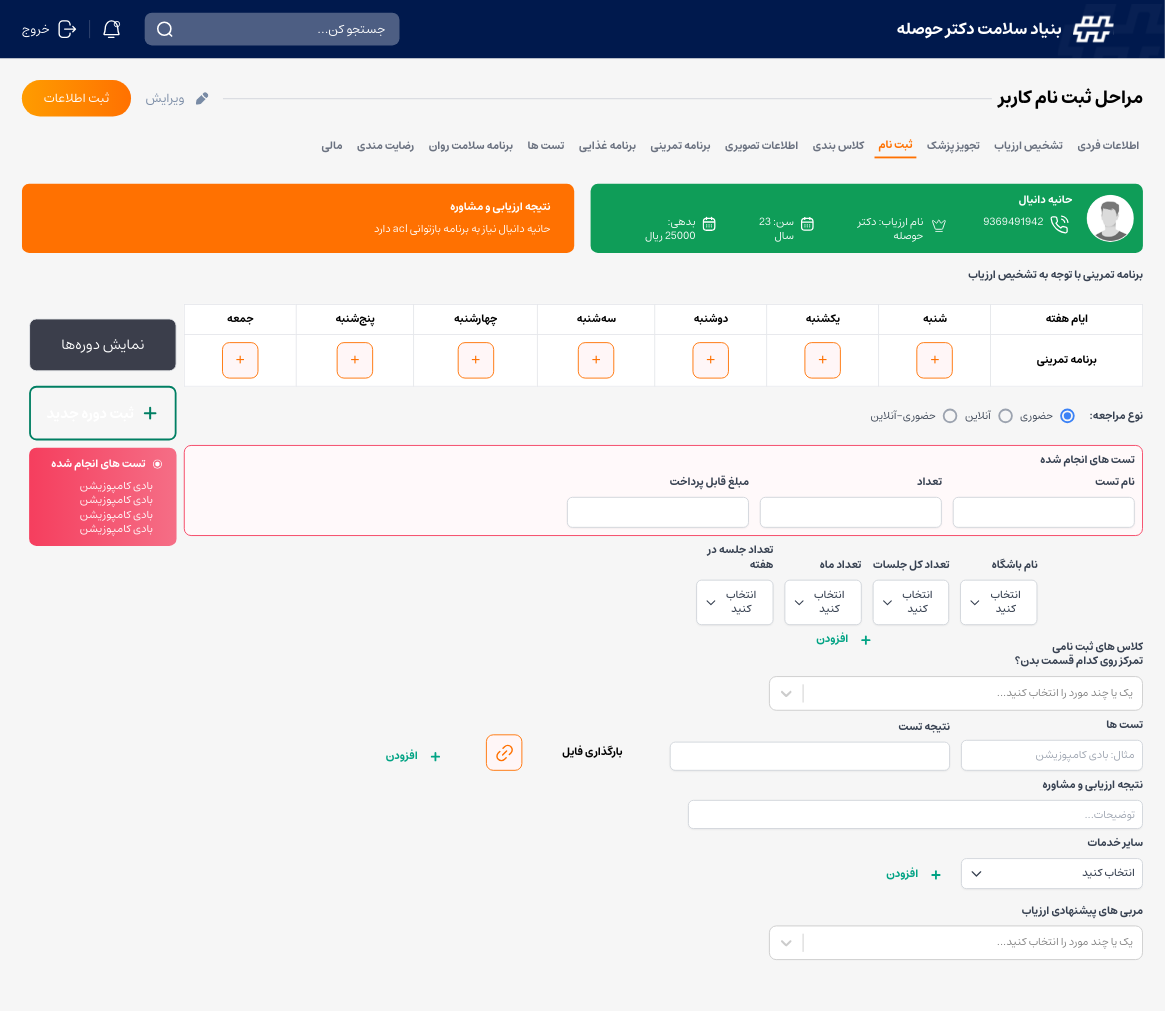
Repository: mirnajafi/ERP_hoseleh_V1.0
Page: /register, after clicking the first element matching `div.flex > :nth-child(4)`
An editor plug-in stored every save of this project. The page is shown before and after the next save, followed by the edit.
The browser window is 1280 px wide. The pictures show the whole page, at 91% of full size.
Some web fonts or font styles are not loaded; a fallback is used. The project was rebuilt for these pictures with package versions that can differ from the ones it lists, and the page was loaded fresh each time. The framework's server and built-in components were replaced by stand-ins that run in the browser. Also part of the build but not shown: next.config.mjs, src/components/icons/trash.tsx, src/components/weekTable/weekTable.css, src/components/icons/copy.tsx, src/components/recognitionEvaluator/recognitionEvaluator.tsx.

Above is the page before, as saved 2025-02-28 23:54:12.

After the next save:
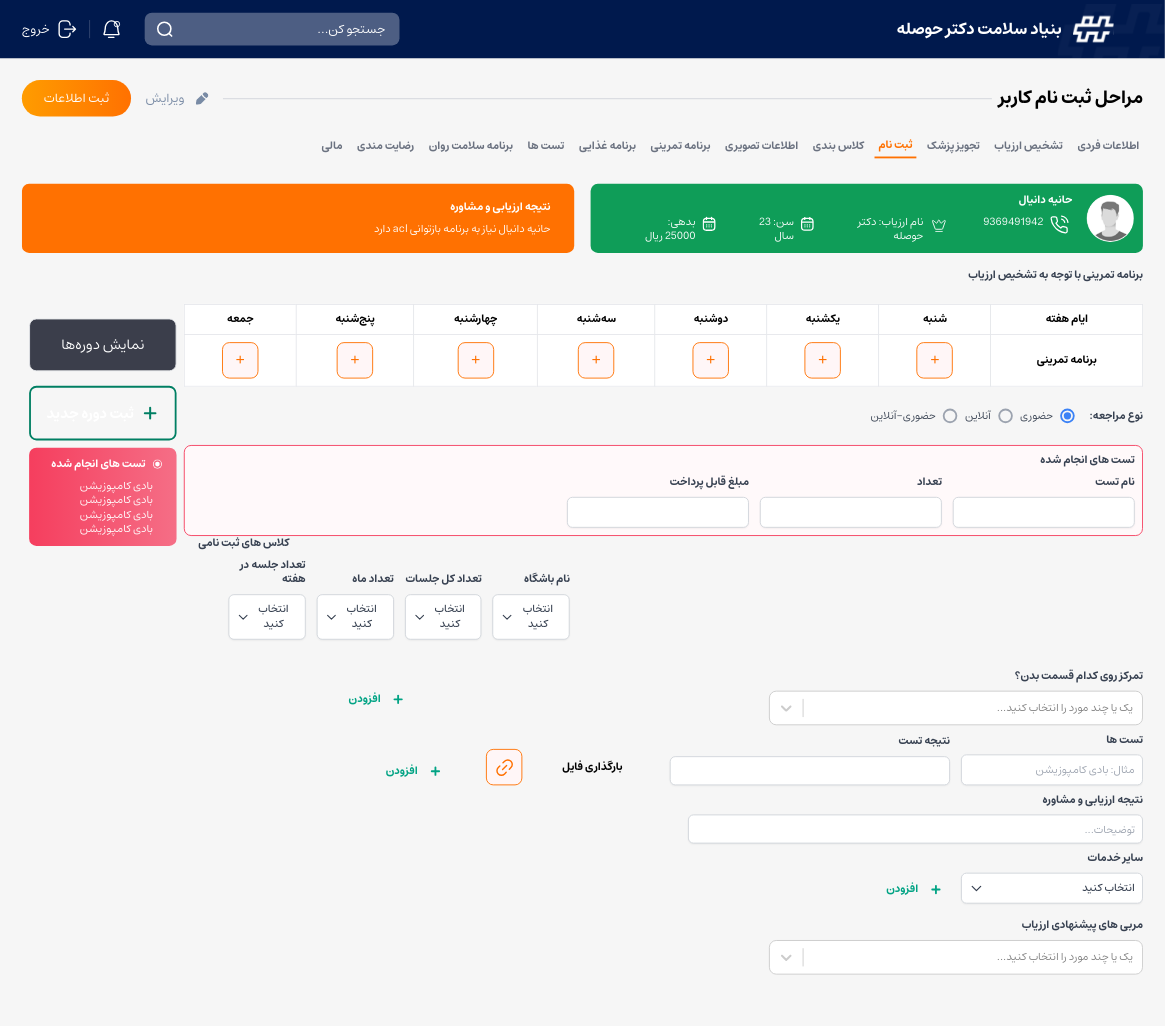
Saved 10 s later.
--- a/src/components/registration/registration.tsx
+++ b/src/components/registration/registration.tsx
@@ -110,7 +110,7 @@ const Registration = () => {
                         </div>
                     </div>
 
-                    <div className="flex flex-col xl:flex-row w-full xl:items-end xl:justify-right ">
+                    <div className="flex flex-col  w-full xl:items-end xl:justify-right ">
                         <label className="text-xs font-bold text-gray-700 ml-4">کلاس های ثبت نامی</label>
                         <div>
                             <Dropdown
